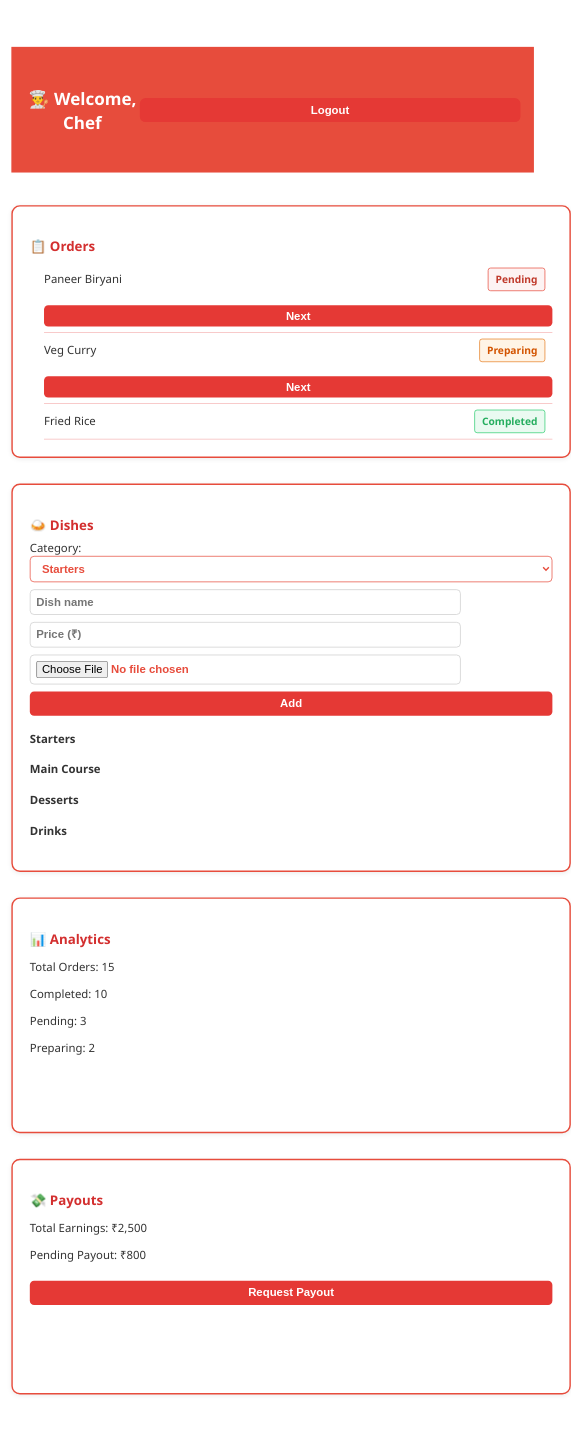
Repository: 1Siri7/chef
Page: dashboard.html
An editor plug-in stored every save of this project. The page is shown before and after the next save, followed by the edit.
The browser window is 768 px wide. The page is 804 px wide, so the pictures cover 804 px, including what lies to the right of the window. The pictures show the whole page, at 71% of full size.

Above is the page before, as saved 2025-08-01 21:48:59.
Console error: TypeError: Cannot read properties of null (reading 'addEventListener')

After the next save:
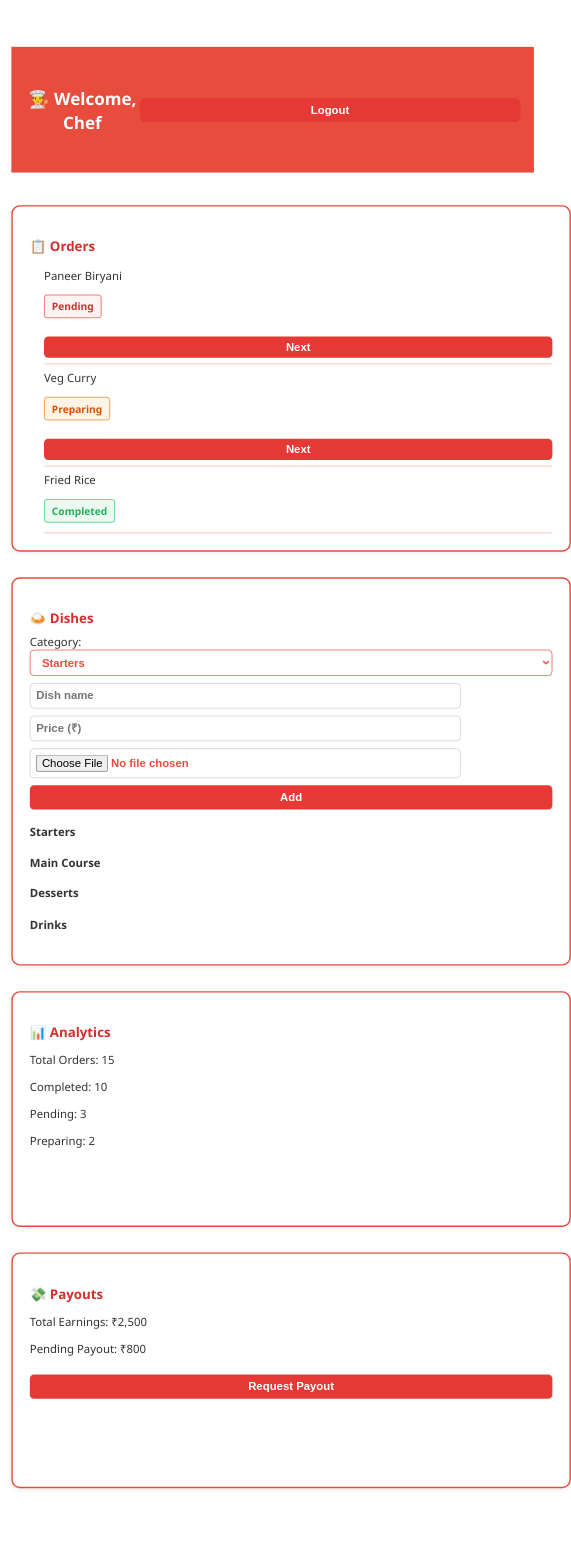
Saved 14 s later.
--- a/style.css
+++ b/style.css
@@ -371,3 +371,17 @@ button:hover {
     order: 4;
   }
 }
+@media screen and (max-width: 768px) {
+  .order-item {
+    flex-direction: column;
+    align-items: flex-start;
+  }
+
+  .order-item button {
+    width: 100%;
+  }
+
+  .order-item .status {
+    margin: 6px 0;
+  }
+}
